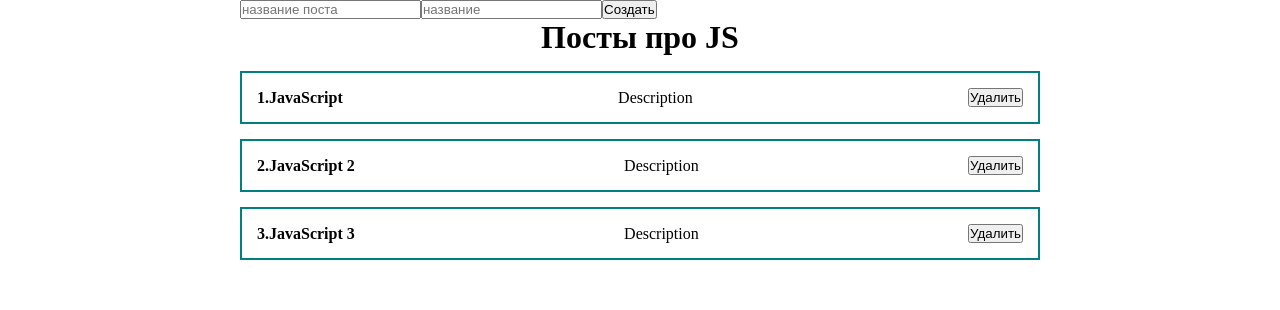
Repository: otvertka/ulb2_react
Page: / (app in jk_project/)
The author's editor kept a copy of each file at every save. The page is drawn from the files as they stood at one save, then again after the next save.
The browser window is 1280 px wide. The pictures show the whole page.
The project was rebuilt for these pictures with package versions that can differ from the ones it lists, and the page was loaded fresh each time. Also part of the build but not shown: jk_project/src/component/Counter.jsx, jk_project/src/component/ClassCounter.jsx.

Above is the page before, as saved 2023-09-08 12:23:17.

After the next save:
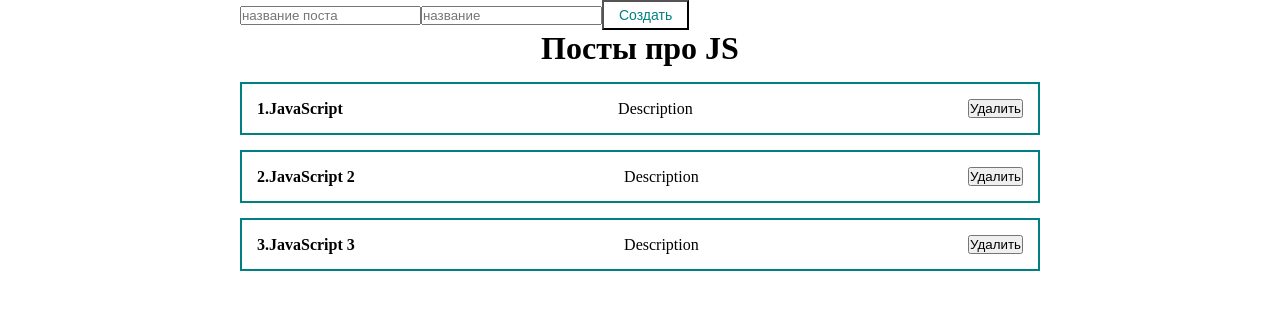
Saved 57 s later.
--- a/jk_project/src/component/UI/button/MyButton.jsx
+++ b/jk_project/src/component/UI/button/MyButton.jsx
@@ -1,5 +1,5 @@
 import React from "react";
-import classes from "./MyButton";
+import classes from "./MyButton.module.css";
 
 const MyButton = (props) => {
   return <button className={classes.myBtn}>Создать</button>;
